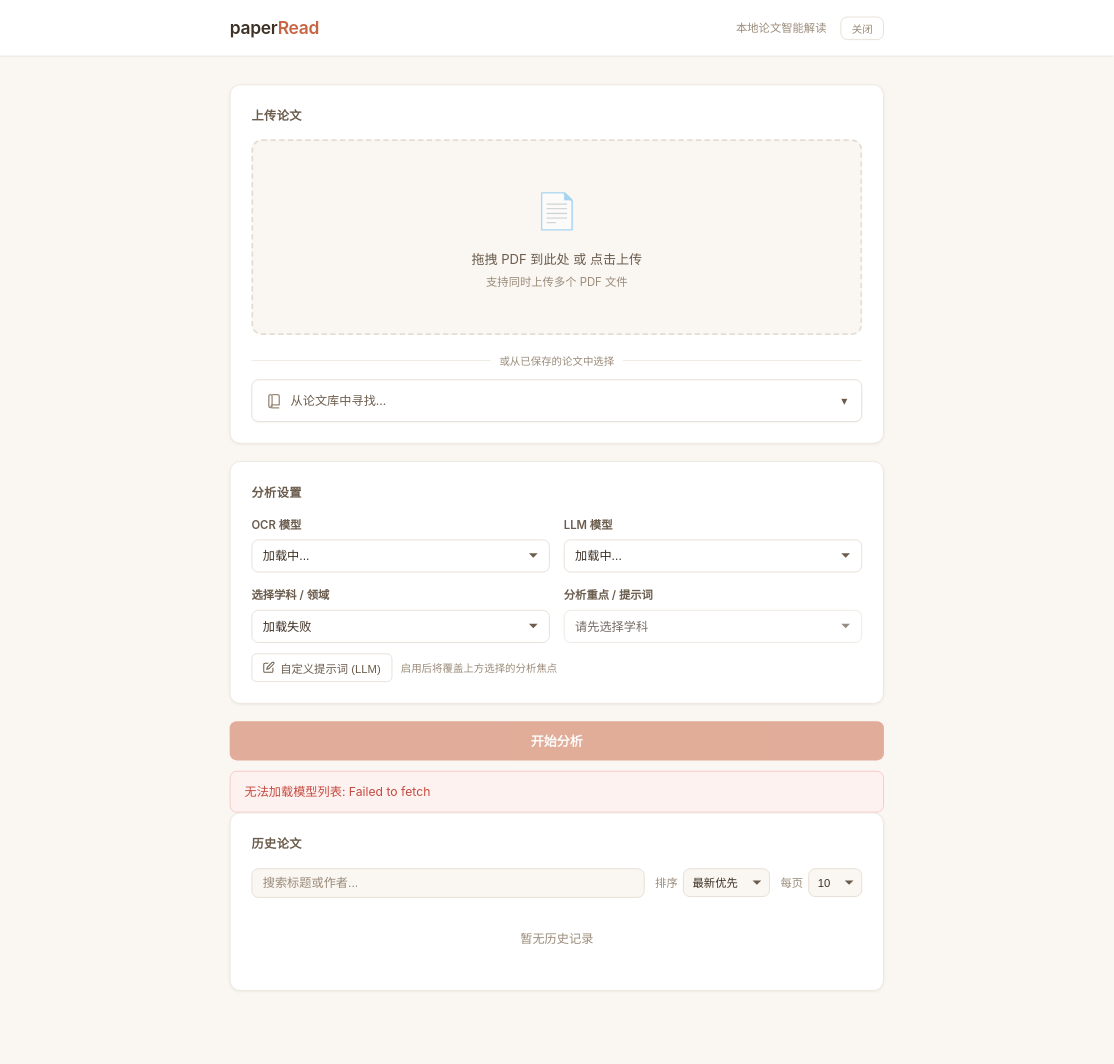
Repository: Skywarder0409/paperRead
Page: src/web/static/index.html
An editor plug-in stored every save of this project. The page is shown before and after the next save, followed by the edit.
The browser window is 1280 px wide. The pictures show the whole page, at 87% of full size.
The page's requests for data from a server got no answer.

Above is the page before, as saved 2026-02-06 17:04:09.

### src/web/static/index.html
<!DOCTYPE html>
<html lang="zh-CN">

<head>
    <meta charset="UTF-8">
    <meta name="viewport" content="width=device-width, initial-scale=1.0">
    <title>paperRead - 本地论文智能解读</title>
    <link rel="stylesheet" href="/static/style.css">
</head>

<body>
    <header class="header">
        <div class="header-inner">
            <div>
                <h1>paper<span>Read</span></h1>
            </div>
            <div class="header-right">
                <div class="header-subtitle">本地论文智能解读</div>
                <button class="btn-shutdown" id="btnShutdown" title="关闭服务器">关闭</button>
            </div>
        </div>
    </header>

    <main class="container">
        <!-- 上传区域 -->
        <div class="card">
            <div class="card-title">上传论文</div>
            <div class="upload-zone" id="uploadZone">
                <div class="upload-zone-icon">&#128196;</div>
                <div class="upload-zone-text">拖拽 PDF 到此处 或 点击上传</div>
                <div class="upload-zone-hint">支持同时上传多个 PDF 文件</div>
                <input type="file" id="fileInput" accept=".pdf" multiple>
            </div>
            <div class="file-list" id="fileList"></div>

            <div class="papers-divider">或从已保存的论文中选择</div>

            <!-- 已选论文卡槽 -->
            <div class="selected-chips" id="selectedChips"></div>

            <div class="papers-dropdown" id="papersDropdown">
                <div class="papers-dropdown-header" id="papersDropdownHeader">
                    <div class="papers-dropdown-header-main">
                        <svg class="icon" viewBox="0 0 24 24" fill="none" stroke="currentColor" stroke-width="2">
                            <path
                                d="M4 19.5v-15A2.5 2.5 0 0 1 6.5 2a2.5 2.5 0 0 1 2.5 2.5v15a2.5 2.5 0 0 1-2.5 2.5A2.5 2.5 0 0 1 4 19.5Z" />
                            <path d="M20 22.5h-10.5c-.5 0-1-.2-1.4-.6a2.5 2.5 0 0 1 0-3.4c.4-.4.9-.6 1.4-.6H20" />
                            <path d="M20 18.5v-14a2.5 2.5 0 0 0-2.5-2.5H9" />
                        </svg>
                        <span class="papers-dropdown-placeholder">从论文库中寻找...</span>
                    </div>
                    <span class="papers-dropdown-arrow">&#9662;</span>
                </div>
                <div class="papers-dropdown-content" id="papersDropdownContent">
                    <div class="papers-dropdown-search">
                        <svg class="search-icon" viewBox="0 0 24 24" fill="none" stroke="currentColor" stroke-width="2">
                            <circle cx="11" cy="11" r="8" />
                            <path d="m21 21-4.3-4.3" />
                        </svg>
                        <input type="text" id="libSearchInput" placeholder="请输入关键词搜索论文...">
                    </div>
                    <div class="papers-dropdown-actions">
                        <button type="button" id="libSelectAll" class="btn-text">全选</button>
                        <button type="button" id="libClearAll" class="btn-text">清除</button>
                    </div>
                    <div class="papers-dropdown-list" id="papersLibrary">
                        <div class="papers-library-status">正在连接论文库...</div>
                    </div>
                </div>
            </div>
        </div>

        <!-- 模型与模式选择 -->
        <div class="card">
            <div class="card-title">分析设置</div>
            <div class="form-row">
                <div class="form-group">
                    <label for="ocrModel">OCR 模型</label>
                    <select id="ocrModel">
                        <option value="">加载中...</option>
                    </select>
                </div>
                <div class="form-group">
                    <label for="llmModel">LLM 模型</label>
                    <select id="llmModel">
                        <option value="">加载中...</option>
                    </select>
                </div>
            </div>
            <div class="form-grid">
                <div class="form-group">
                    <label>选择学科 / 领域</label>
                    <select id="analysisSubject">
                        <option value="">正在加载库...</option>
                    </select>
                </div>
                <div class="form-group">
                    <label>分析重点 / 提示词</label>
                    <select id="analysisMode" disabled>
                        <option value="">请先选择学科</option>
                    </select>
                </div>
            </div>

            <div class="prompt-preview" id="promptPreview">
                <div class="prompt-preview-title">提示词预览</div>
                <div class="prompt-preview-content" id="promptPreviewContent"></div>
            </div>

            <div class="custom-prompt-trigger">
                <button type="button" id="btnShowCustomPrompt" class="btn-outline-sm">
                    <svg class="icon-sm" viewBox="0 0 24 24" fill="none" stroke="currentColor" stroke-width="2">
                        <path d="M11 4H4a2 2 0 0 0-2 2v14a2 2 0 0 0 2 2h14a2 2 0 0 0 2-2v-7" />
                        <path d="M18.5 2.5a2.121 2.121 0 0 1 3 3L12 15l-4 1 1-4 9.5-9.5z" />
                    </svg>
                    自定义提示词 (LLM)
                </button>
                <span class="text-hint">启用后将覆盖上方选择的分析焦点</span>
            </div>

            <div class="custom-prompt-area" id="customPromptArea">
                <textarea id="customPromptText"
                    placeholder="在此输入自定义核心指令，系统会自动注入论文内容。例如：&#10;请帮我提取这篇论文涉及的所有数学公式，并给出简要解释。"></textarea>
                <div class="custom-prompt-actions">
                    <label class="custom-save-switch">
                        <input type="checkbox" id="saveCustomPrompt">
                        <span class="save-label">保存到库 (学科: 自定义)</span>
                    </label>
                    <input type="text" id="customPromptName" placeholder="命名这个提示词..." class="input-sm">
                </div>
            </div>
        </div>

        <!-- 开始按钮 -->
        <button class="btn btn-primary" id="btnAnalyze" disabled>开始分析</button>
        <div class="error-msg" id="errorMsg"></div>

        <!-- 进度 -->
        <div class="card progress-section" id="progressSection">
            <div class="card-title">分析进度<span class="progress-file-info" id="progressFileInfo"></span></div>
            <div class="progress-header">
                <span class="progress-stage" id="progressStage">准备中...</span>
                <div class="progress-right">
                    <span class="progress-timer" id="progressTimer">00:00</span>
                    <span class="progress-percent" id="progressPercent">0%</span>
                </div>
            </div>
            <div class="progress-bar">
                <div class="progress-fill" id="progressFill"></div>
            </div>
            <div class="progress-detail" id="progressDetail"></div>
        </div>

        <!-- 结果 -->
        <div class="card result-section" id="resultSection">
            <div class="card-title">分析结果</div>
            <div class="result-tabs">
                <button class="result-tab active" data-tab="markdown">报告</button>
                <button class="result-tab" data-tab="json">JSON 数据</button>
            </div>
            <div class="result-content" id="resultMarkdown"></div>
            <div class="result-content result-json" id="resultJson"></div>
            <div class="download-bar" id="downloadBar">
                <button class="btn-download" id="btnDownloadMd">下载 Markdown 报告</button>
                <button class="btn-download btn-download-secondary" id="btnDownloadJson">下载 JSON 数据</button>
            </div>
        </div>

        <!-- 历史论文 -->
        <div class="card" id="historySection">
            <div class="card-title">历史论文</div>
            <div class="history-toolbar">
                <input type="text" class="history-search" id="historySearch" placeholder="搜索标题或作者...">
                <div class="history-page-size">
                    <label>排序</label>
                    <select id="historySort">
                        <option value="time_desc" selected>最新优先</option>
                        <option value="time_asc">最早优先</option>
                        <option value="title_asc">标题 (A-Z)</option>
                        <option value="title_desc">标题 (Z-A)</option>
                    </select>
                </div>
                <div class="history-page-size">
                    <label>每页</label>
                    <select id="historyPageSize">
                        <option value="10" selected>10</option>
                        <option value="50">50</option>
                        <option value="100">100</option>
                    </select>
                </div>
            </div>
            <div class="history-list" id="historyList">
                <div class="history-empty">暂无历史记录</div>
            </div>
            <div class="history-pagination" id="historyPagination"></div>
        </div>
    </main>

    <script src="/static/app.js?v=4"></script>
</body>

</html>

Loaded but not shown: src/web/static/app.js (1028 lines, source omitted); src/web/static/style.css (1244 lines, source omitted)

After the next save:
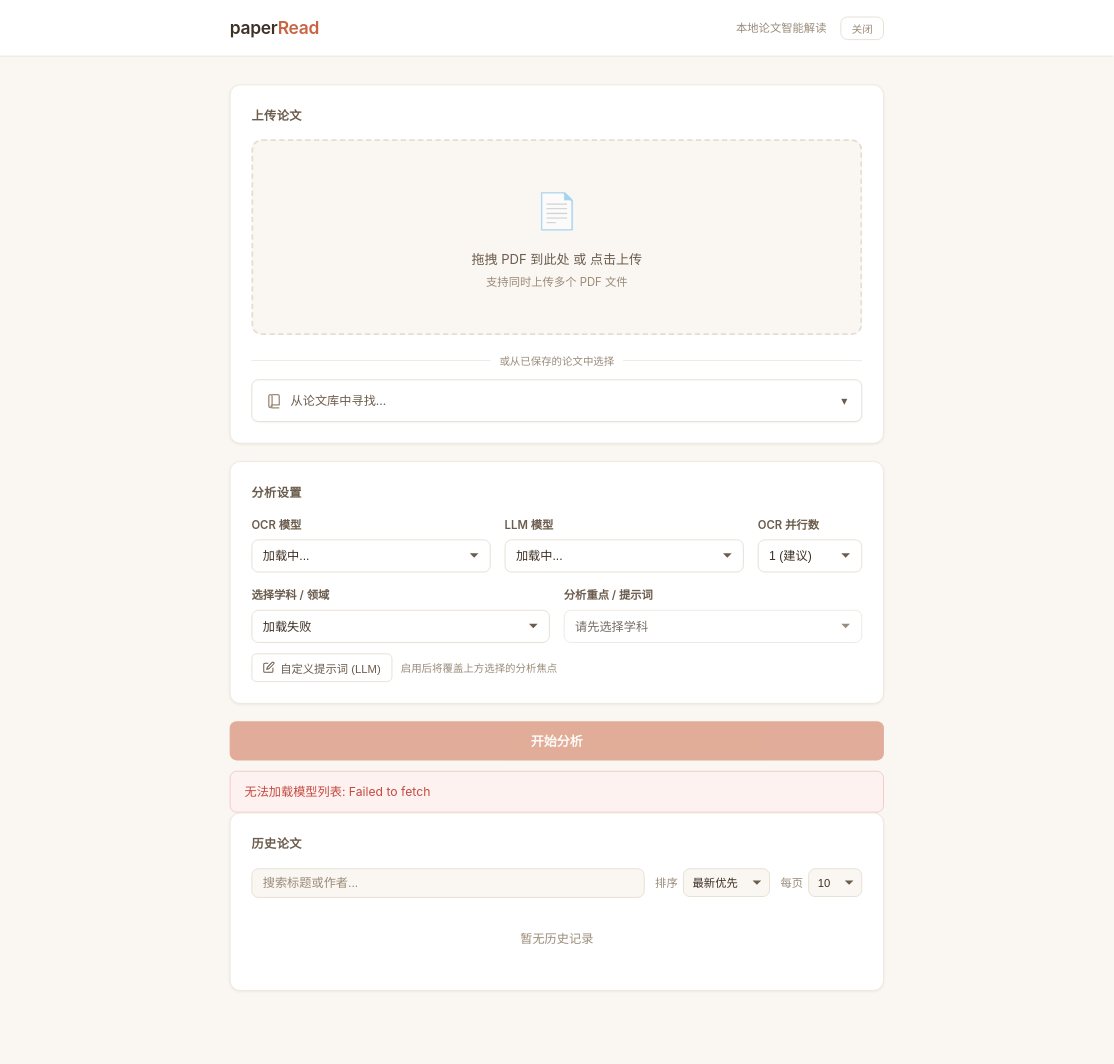
Saved 4 min 5 s later.
--- a/src/web/static/index.html
+++ b/src/web/static/index.html
@@ -84,6 +84,15 @@
                     <label for="llmModel">LLM 模型</label>
                     <select id="llmModel">
                         <option value="">加载中...</option>
+                    </select>
+                </div>
+                <div class="form-group" style="flex: 0 0 120px;">
+                    <label for="ocrParallelThreads">OCR 并行数</label>
+                    <select id="ocrParallelThreads">
+                        <option value="1" selected>1 (建议)</option>
+                        <option value="2">2 (双线程)</option>
+                        <option value="4">4 (强力)</option>
+                        <option value="8">8 (极速)</option>
                     </select>
                 </div>
             </div>
